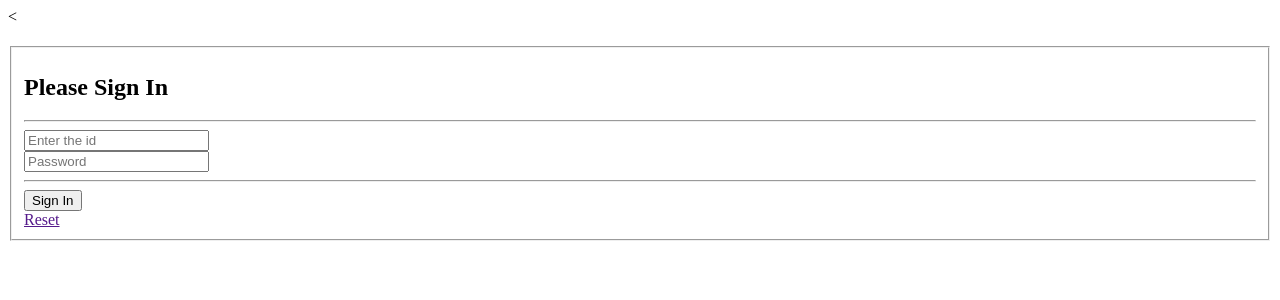
Repository: Abinayasivapraba/ChatProject
Page: FireChat/WebContent/User/Login.html
The author's editor kept a copy of each file at every save. The page is drawn from the files as they stood at one save, then again after the next save.
The browser window is 1280 px wide. The pictures show the whole page.

Above is the page before, as saved 2017-08-13 07:43:46.

After the next save:
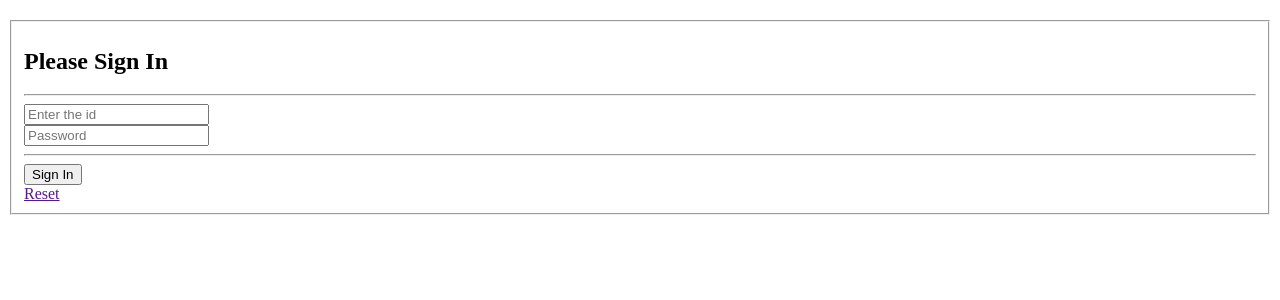
Saved 2 min 0 s later.
--- a/FireChat/WebContent/User/Login.html
+++ b/FireChat/WebContent/User/Login.html
@@ -6,7 +6,7 @@
 </head>
 <body>
 <form action="validatelogin" name="validatelogin" method="post">
-  <
+
   <div class="container">
 
 <div class="row" style="margin-top:20px">
@@ -16,6 +16,7 @@
 				<h2>Please Sign In</h2>
 				<hr class="colorgraph">
 				<div class="form-group">
+				<form action="validatelogin" name="validatelogin" method="post">
                     <input type="id" name="id" id="id" path="id" required="required" class="form-control input-lg" placeholder="Enter the id">
 				</div>
 				<div class="form-group">
@@ -32,8 +33,12 @@
 						<a href="" class="btn btn-lg btn-primary btn-block">Reset</a>
 					</div>
 				</div>
+				</form>
+
 			</fieldset>
-		</form>
+
+
+
 
 
 
